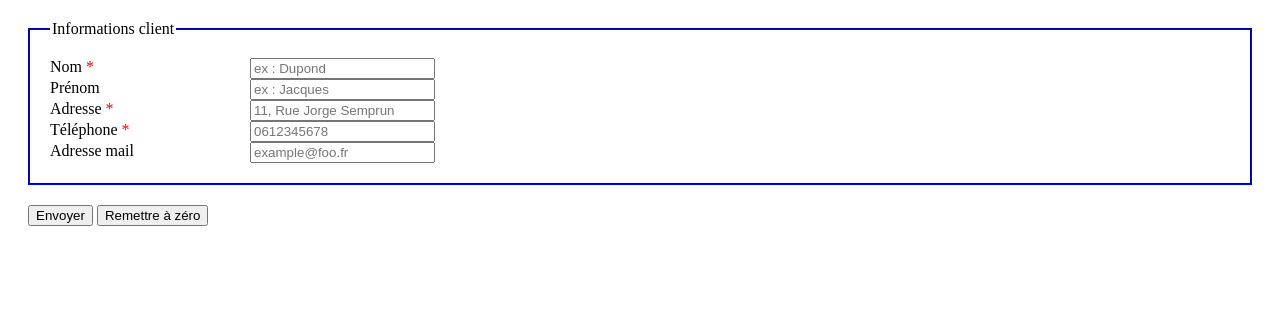
Repository: big73/NFE114
Page: http://localhost/Seance4-step1/
An editor plug-in stored every save of this project. The page is shown before and after the next save, followed by the edit.
The browser window is 1280 px wide. The pictures show the whole page.
The page is served by Tomcat 9.

Above is the page before, as saved 2015-12-30 15:01:29.

After the next save:
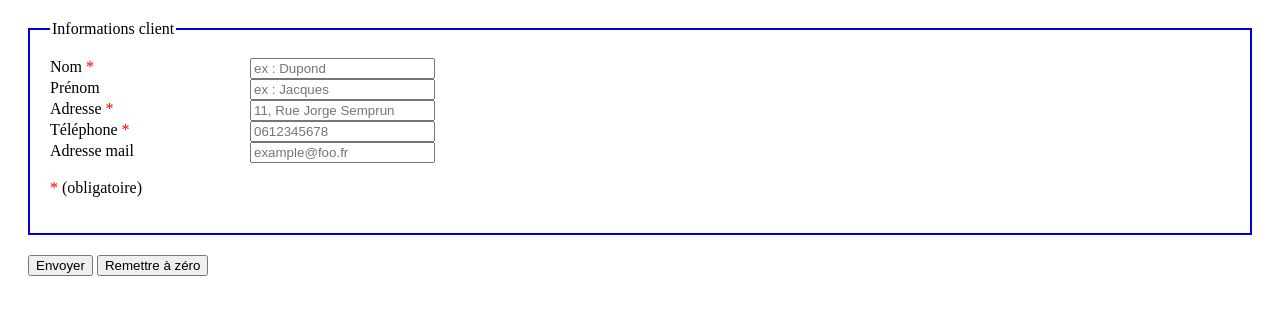
Saved 53 s later.
--- a/Seance4-step1/WebContent/formClient.jsp
+++ b/Seance4-step1/WebContent/formClient.jsp
@@ -28,6 +28,7 @@
 			<label>Adresse mail </label>
 			<input class="saisie" type="email" placeholder="example@foo.fr" name="mail"><br>
 
+			<p><span class="mandatory">*</span> (obligatoire)</p>
 		</fieldset>
 
 		<div class="actionneur">
